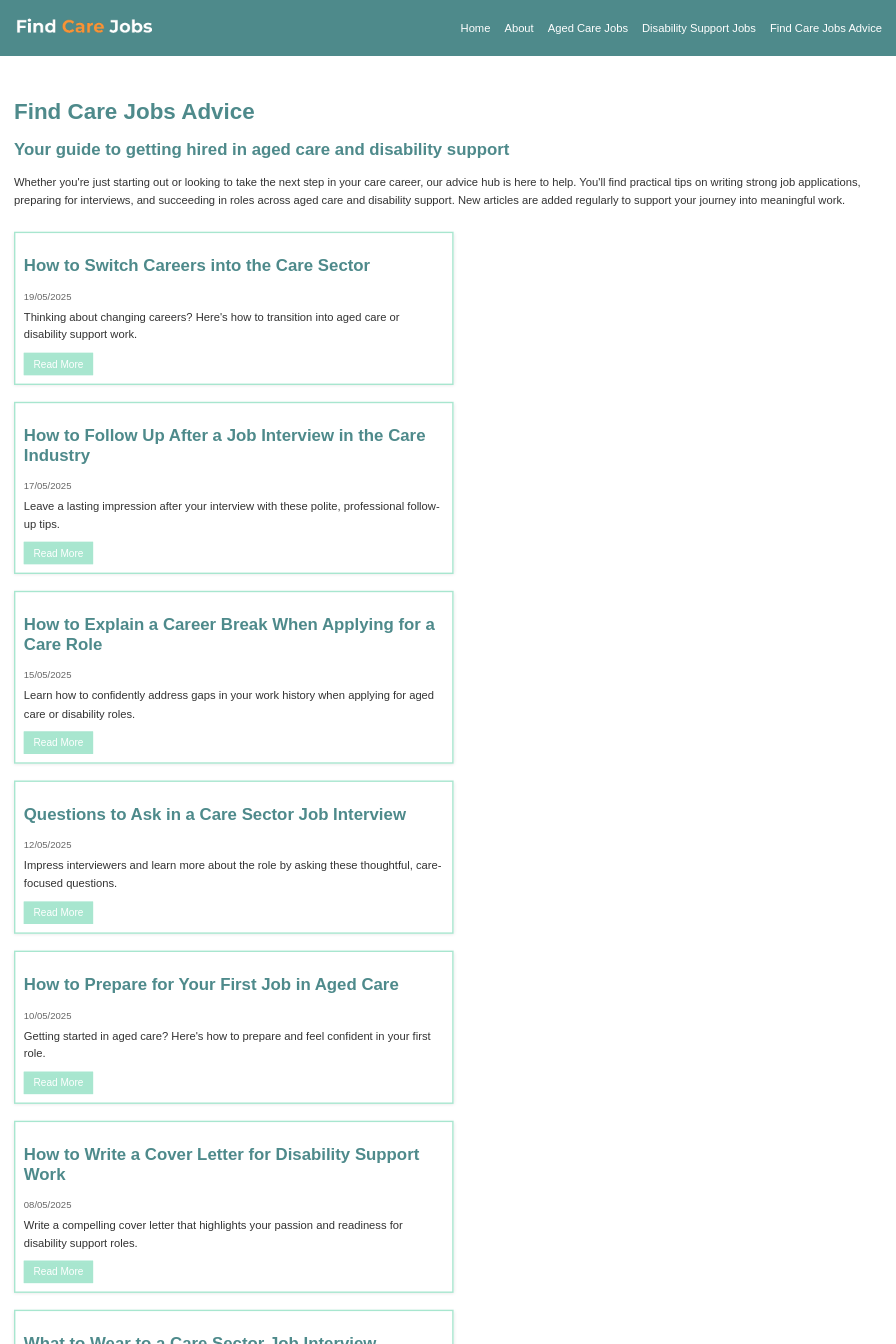
Repository: RichardCareJobs/find-care-jobs
Page: advice.html
The author's editor kept a copy of each file at every save. The page is drawn from the files as they stood at one save, then again after the next save.
The browser window is 1280 px wide. The pictures show the part of the page from y = 0 to 1920 px (the page is 2928 px tall before and 2370 px after), at 70% of full size.

Above is the page before, as saved 2025-05-19 22:59:19.

### advice.html
<!DOCTYPE html>
<html lang="en">
<head>
    <!-- Google Tag Manager -->
<script>(function(w,d,s,l,i){w[l]=w[l]||[];w[l].push({'gtm.start':
    new Date().getTime(),event:'gtm.js'});var f=d.getElementsByTagName(s)[0],
    j=d.createElement(s),dl=l!='dataLayer'?'&l='+l:'';j.async=true;j.src=
    'https://www.googletagmanager.com/gtm.js?id='+i+dl;f.parentNode.insertBefore(j,f);
    })(window,document,'script','dataLayer','GTM-5VNSJFMC');</script>
    <!-- End Google Tag Manager -->

  <meta charset="UTF-8">
  <title>Find Care Jobs Advice</title>
  <link rel="stylesheet" href="styles.css">
</head>
<body>
    <!-- Google Tag Manager (noscript) -->
<noscript><iframe src="https://www.googletagmanager.com/ns.html?id=GTM-5VNSJFMC"
    height="0" width="0" style="display:none;visibility:hidden"></iframe></noscript>
    <!-- End Google Tag Manager (noscript) -->
 <header>
      <div id="global-header"></div>
      </header>

  <main class="content">
    <h1>Find Care Jobs Advice</h1>
<h2>Your guide to getting hired in aged care and disability support</h2>
<p>
  Whether you're just starting out or looking to take the next step in your care career, our advice hub is here to help.
  You'll find practical tips on writing strong job applications, preparing for interviews, and succeeding in roles across aged care and disability support.
  New articles are added regularly to support your journey into meaningful work.
</p>


    <div id="advice-container" class="advice-listing"></div>
  </main>

  <div id="global-footer"></div>

  <script src="js/advice.js"></script>

<script>
  // Load global header and footer
  fetch('header.html')
    .then(res => res.text())
    .then(data => document.getElementById('global-header').innerHTML = data);

  fetch('footer.html')
    .then(res => res.text())
    .then(data => document.getElementById('global-footer').innerHTML = data);
</script>


</body>
</html>

### js/advice.js
document.addEventListener("DOMContentLoaded", () => {
  fetch("advice-posts.json")
    .then(response => response.json())
    .then(posts => {
      const container = document.getElementById("advice-container");

 // Sort by most recent
  posts.sort((a, b) => new Date(b.date) - new Date(a.date));

  // Sort by most recent
  posts.sort((a, b) => new Date(b.date) - new Date(a.date));
      posts.forEach(post => {
        const article = document.createElement("article");
        article.classList.add("job-cards");


        article.innerHTML = `
          <h2><a href="posts/${post.slug}.html">${post.title}</a></h2>
          <p class="advice-date">${new Date(post.date).toLocaleDateString("en-AU")}</p>
          <p>${post.summary}</p>
          <a href="posts/${post.slug}.html" class="read-more">Read More</a>
        `;

        container.appendChild(article);
      });
    })
    .catch(error => {
      console.error("Failed to load advice posts:", error);
    });
});

### header.html
<header>
    <div class="header-container">

      <div class="logo"><img src="/images/FCJ-Logo-Horizontal.png" alt="Find Care Jobs" height="60px" width="200px"></div>

      <!-- favicon -->
<link rel="icon" type="image/png" sizes="96x96" href="/favicon-96x96.png" />
<link rel="icon" type="image/svg+xml"       href="/favicon.svg"          />
<link rel="shortcut icon"                    href="/favicon.ico"          />
<link rel="apple-touch-icon" sizes="180x180" href="/apple-touch-icon.png" />
<meta name="apple-mobile-web-app-title" content="Find Care Jobs" />
<link rel="manifest"                         href="/site.webmanifest"     />


      <!-- Normal Nav Links (Desktop) -->
      <nav class="nav-links">
        <a href="/index.html">Home</a>
        <a href="/about.html">About</a>
        <a href="/aged-care-jobs.html">Aged Care Jobs</a>
        <a href="/disability-support-jobs.html">Disability Support Jobs</a>
        <a href="/advice.html">Find Care Jobs Advice</a>

      </nav>

      <!-- Hamburger Icon (Mobile) -->
      <div class="hamburger-menu" id="hamburger-menu">
        &#9776; <!-- A simple Unicode hamburger icon -->
      </div>
    </div>

    <!-- Collapsible Menu (Mobile) -->
    <nav class="mobile-nav" id="mobile-nav">
      <a href="/index.html">Home</a>
        <a href="/about.html">About</a>
        <a href="/aged-care-jobs.html">Aged Care Jobs</a>
        <a href="/disability-support-jobs.html">Disability Support Jobs</a>
        <a href="/advice.html">Find Care Jobs Advice</a>

    </nav>
  </header>

### footer.html
<footer class="global-footer">
    <p>&copy; 2025 Find Care Jobs. All rights reserved.</p>
    <nav>
        <a href="/about">About Us</a> |

        <a href="/privacy">Privacy Policy</a>
    </nav>
</footer>

Loaded but not shown: advice-posts.json (62 lines, source omitted); styles.css (766 lines, source omitted)

After the next save:
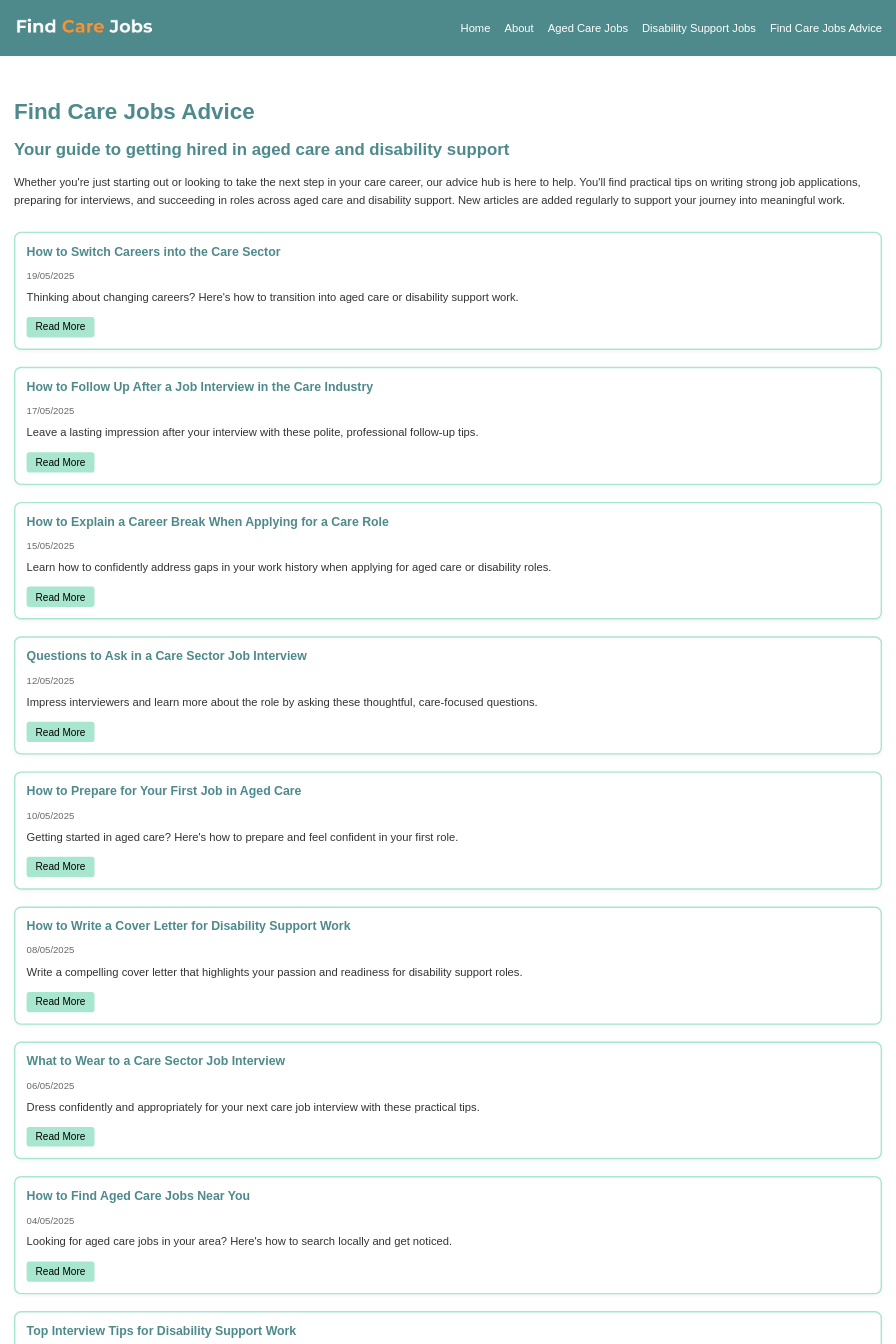
Saved 5 min 2 s later.
--- a/js/advice.js
+++ b/js/advice.js
@@ -11,7 +11,7 @@ document.addEventListener("DOMContentLoaded", () => {
   posts.sort((a, b) => new Date(b.date) - new Date(a.date));
       posts.forEach(post => {
         const article = document.createElement("article");
-        article.classList.add("job-cards");
+        article.classList.add("advice-card");
 
 
         article.innerHTML = `
